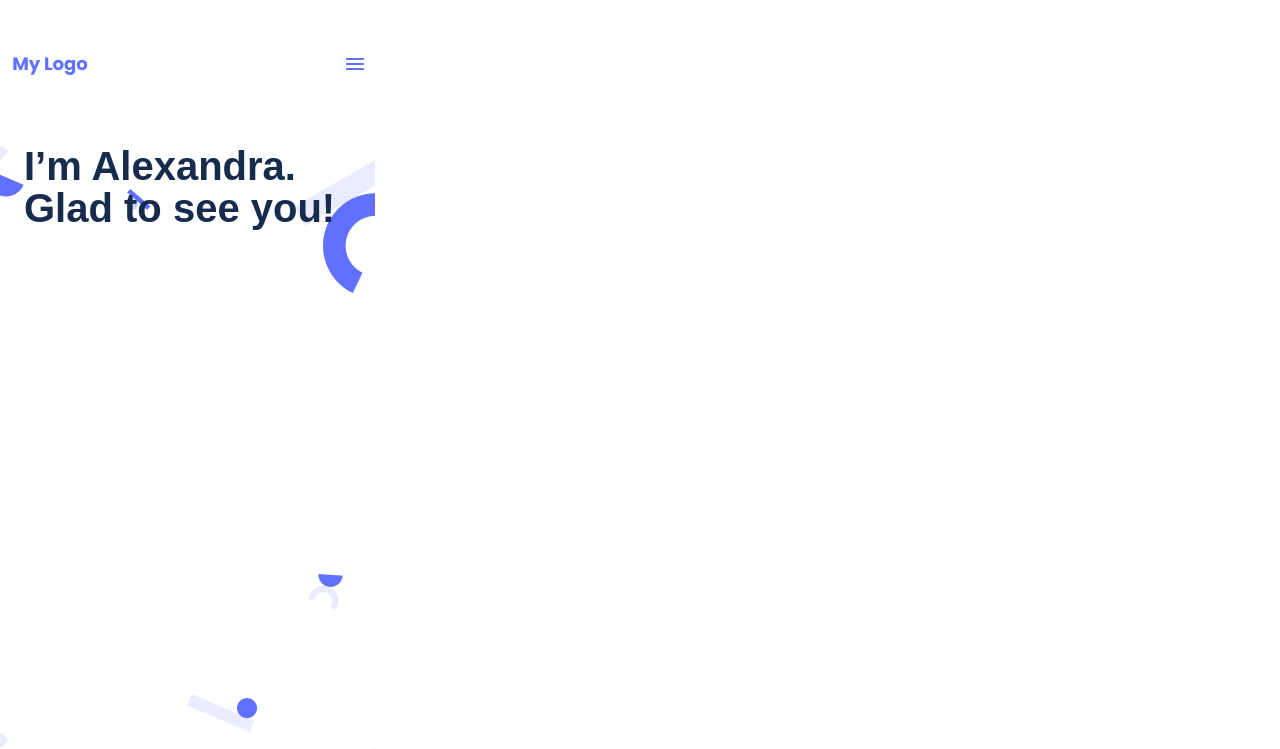
Repository: Paulinelali/potfoilo.github.io
Page: public/index.html
The author's editor kept a copy of each file at every save. The page is drawn from the files as they stood at one save, then again after the next save.
The browser window is 1280 px wide. The pictures show the whole page.

Above is the page before, as saved 2023-03-24 21:42:14.

After the next save:
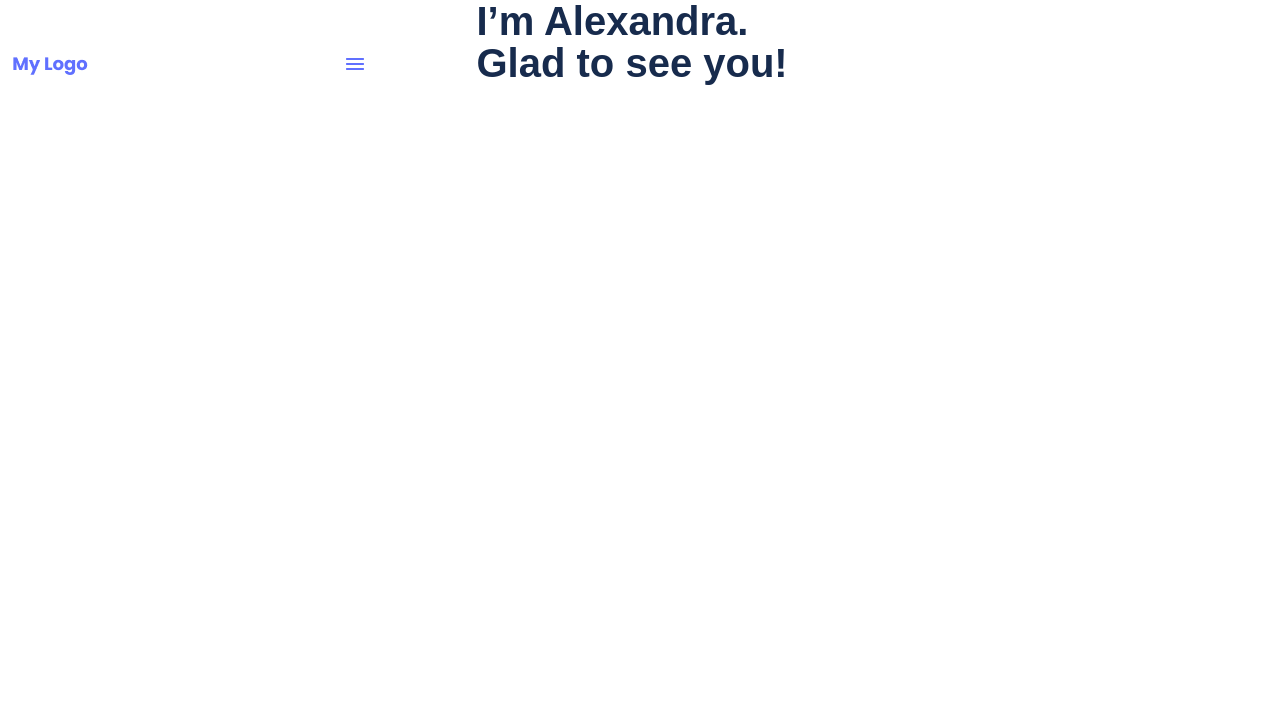
Saved 75 s later.
--- a/styles/style.css
+++ b/styles/style.css
@@ -3,15 +3,7 @@
     padding: 0px;
     margin: 0px;
 }
-.intro-section{
-    background-image: url("../assets/header-shapes\ mobile.png");
-    width: 375px;
-    background-size: contain;
-    position: absolute;
-    top: 145px;
-    height: 604px;
 
-}
 
 .header-inner{
     position: absolute;

After the save that followed:
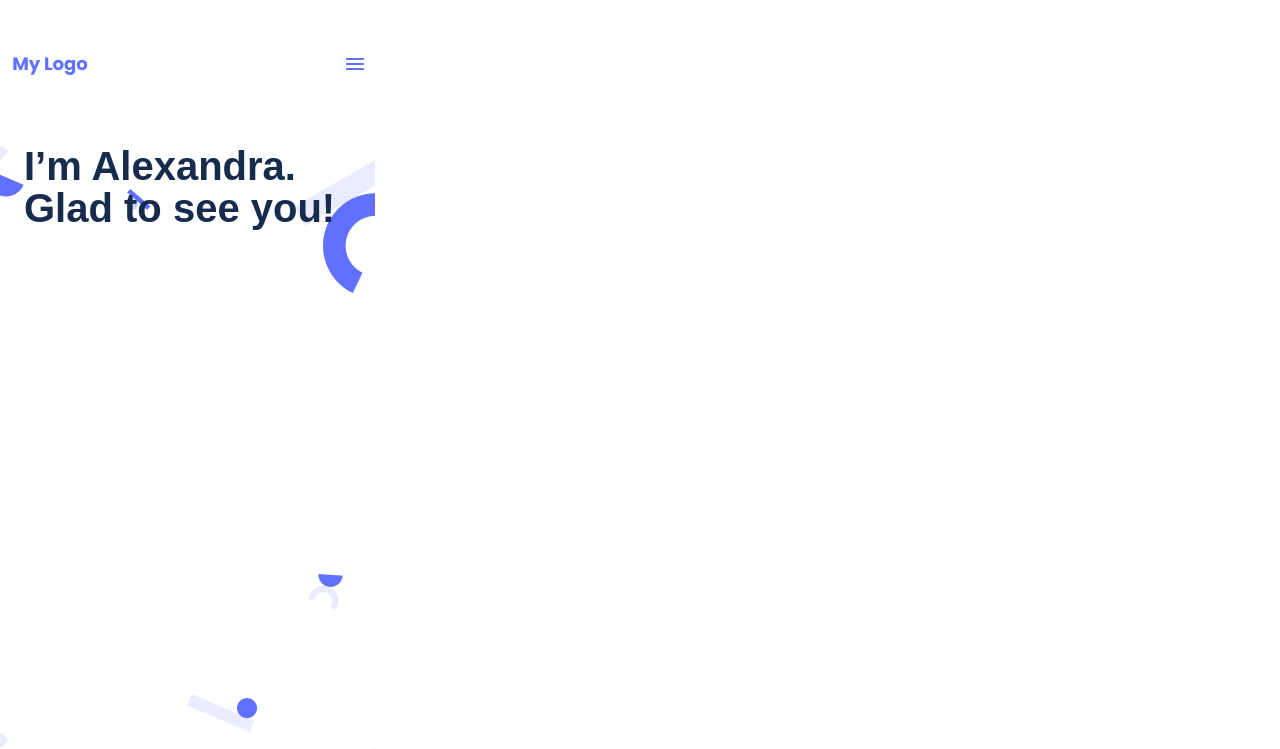
Saved 16 s later.
--- a/styles/style.css
+++ b/styles/style.css
@@ -39,7 +39,15 @@
     -ms-border-radius: 8px;
     -o-border-radius: 8px;
 }
+.intro-section{
+    background-image: url("../assets/header-shapes\ mobile.png");
+    width: 375px;
+    background-size: contain;
+    position: absolute;
+    top: 145px;
+    height: 604px;
 
+}
 
 .intro-title{
     font-family: 'Poppins', sans-serif;
